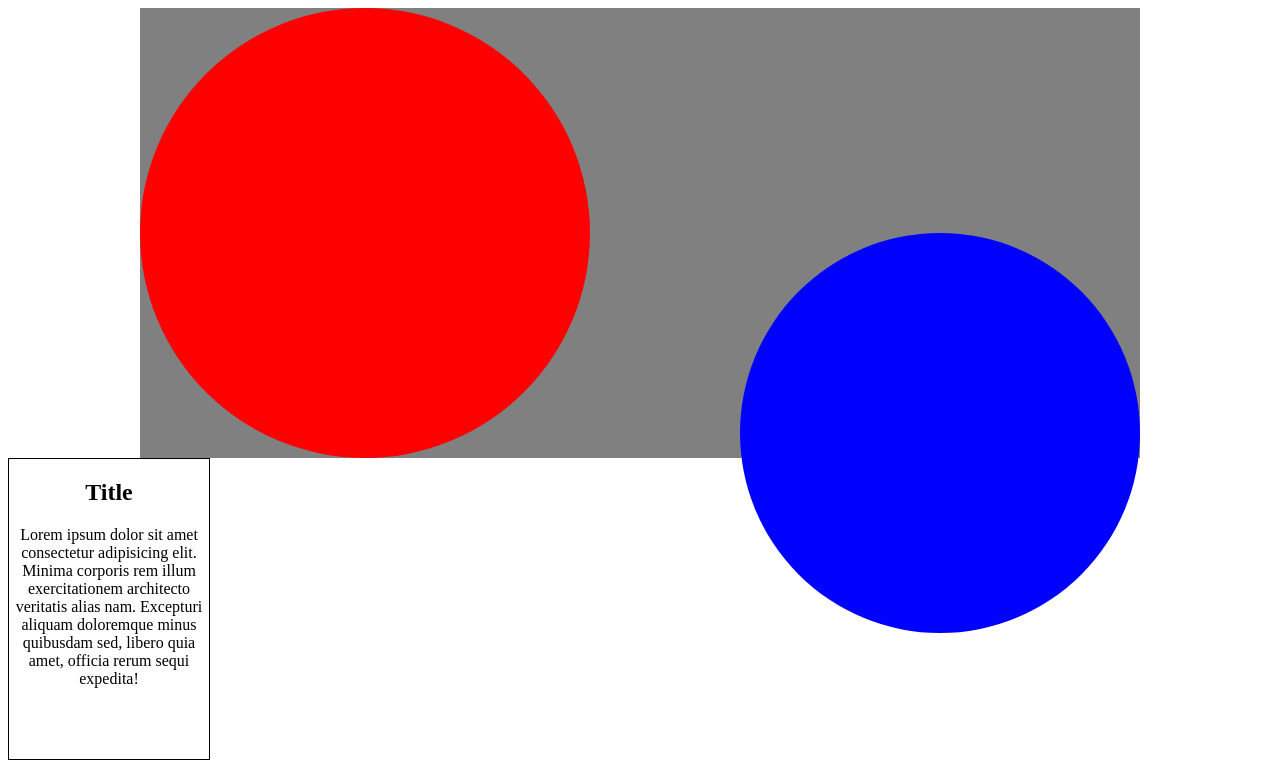
Repository: dovanluyen1996/Test-Git-PR
Page: index.html
An editor plug-in stored every save of this project. The page is shown before and after the next save, followed by the edit.
The browser window is 1280 px wide. The pictures show the whole page.

Above is the page before, as saved 2021-09-06 23:21:29.

### index.html
<!DOCTYPE html>
<html lang="en">
  <head>
    <meta charset="UTF-8" />
    <meta http-equiv="X-UA-Compatible" content="IE=edge" />
    <meta name="viewport" content="width=device-width, initial-scale=1.0" />
    <title>TestVsCode</title>
    <link rel="stylesheet" href="css/style.css" />
  </head>

  <body>
    <div class="container">
      <div class="test1"></div>
      <div class="test2"></div>
    </div>
    <div class="im-center">
      <h2>Title</h2>
      <p class="text">
        Lorem ipsum dolor sit amet consectetur adipisicing elit. Minima corporis
        rem illum exercitationem architecto veritatis alias nam. Excepturi
        aliquam doloremque minus quibusdam sed, libero quia amet, officia rerum
        sequi expedita!
      </p>
    </div>
  </body>
</html>

### css/style.css
body {
}
.container {
  width: 1000px;
  margin: 0 auto;
  position: relative;
  background-color: grey;
}
.test1 {
  width: 450px;
  height: 450px;
  background-color: red;
  border-radius: 50%;
}
.test2 {
  width: 400px;
  height: 400px;
  background-color: blue;
  border-radius: 50%;
  position: absolute;
  right: 0;
  top: 50%;
}
.im-center {
  width: 200px;
  height: 300px;
  border: 1px solid black;
  text-align: center;
}

After the next save:
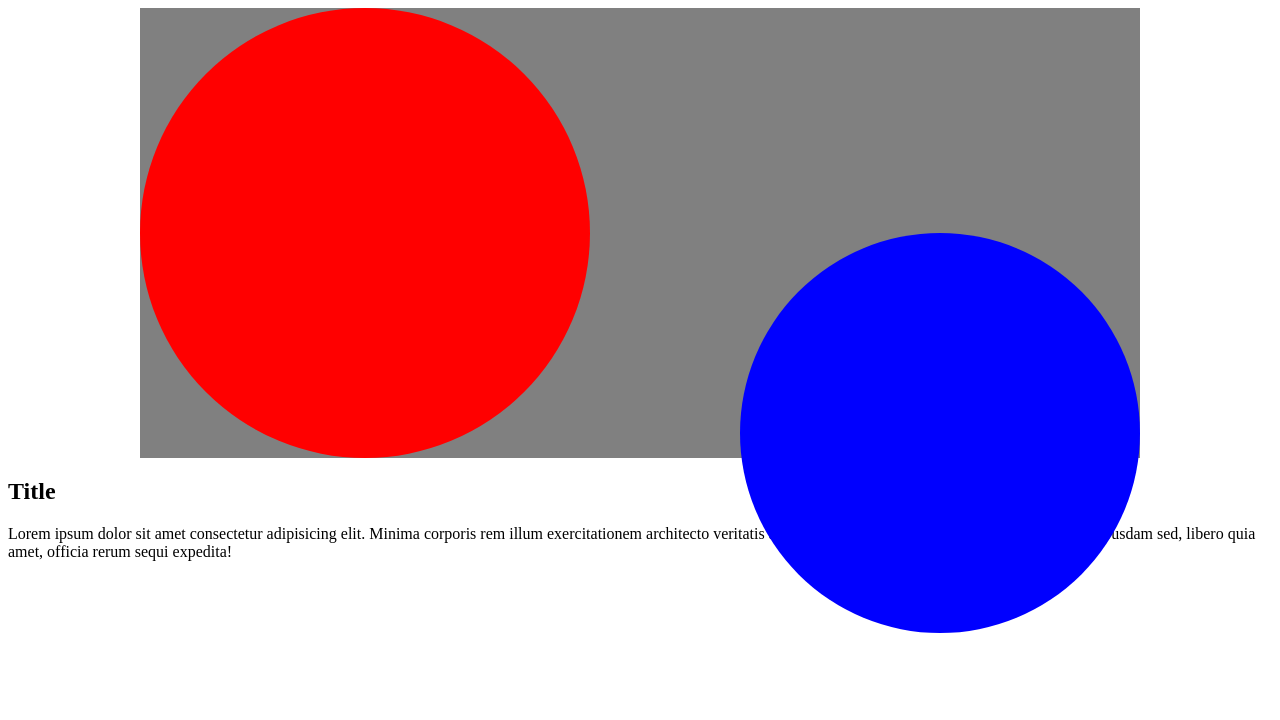
Saved 7 s later.
--- a/index.html
+++ b/index.html
@@ -13,7 +13,7 @@
       <div class="test1"></div>
       <div class="test2"></div>
     </div>
-    <div class="im-center">
+    <div class="item-center">
       <h2>Title</h2>
       <p class="text">
         Lorem ipsum dolor sit amet consectetur adipisicing elit. Minima corporis

After the save that followed:
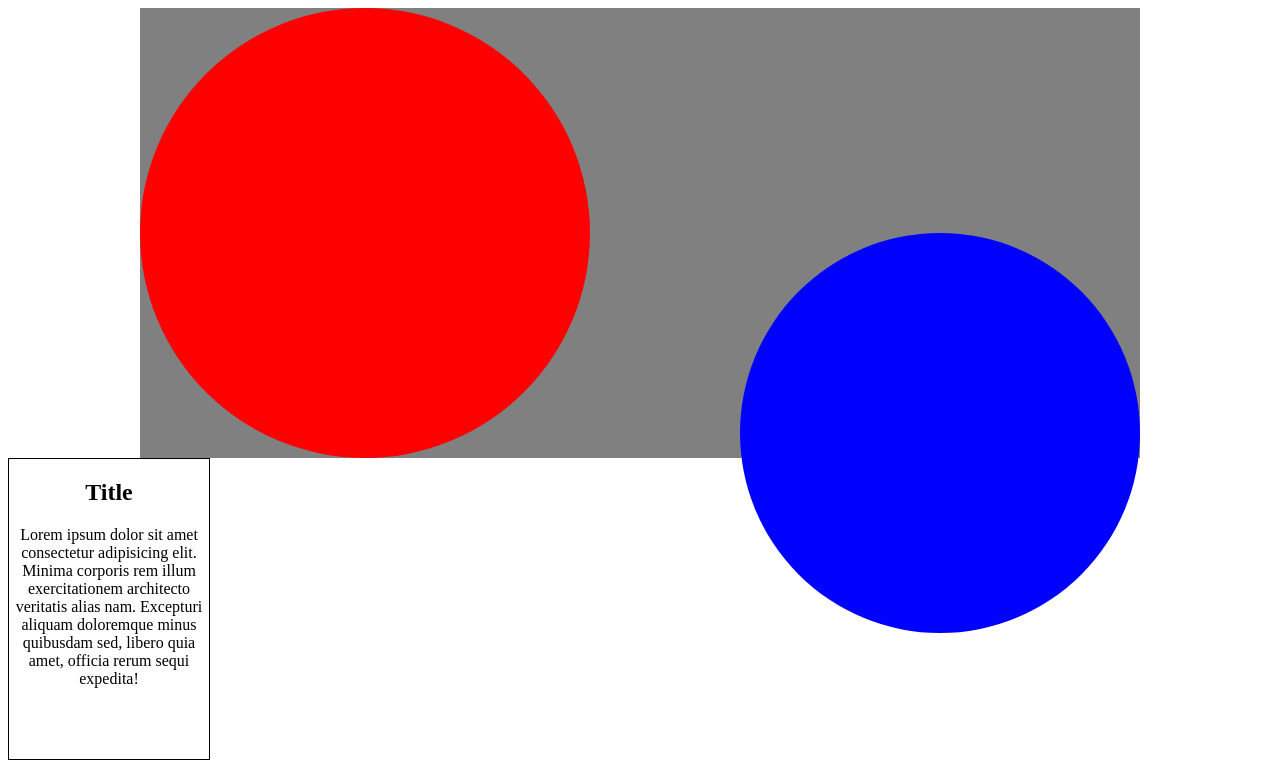
Saved 6 s later.
--- a/css/style.css
+++ b/css/style.css
@@ -21,7 +21,7 @@ body {
   right: 0;
   top: 50%;
 }
-.im-center {
+.item-center {
   width: 200px;
   height: 300px;
   border: 1px solid black;
